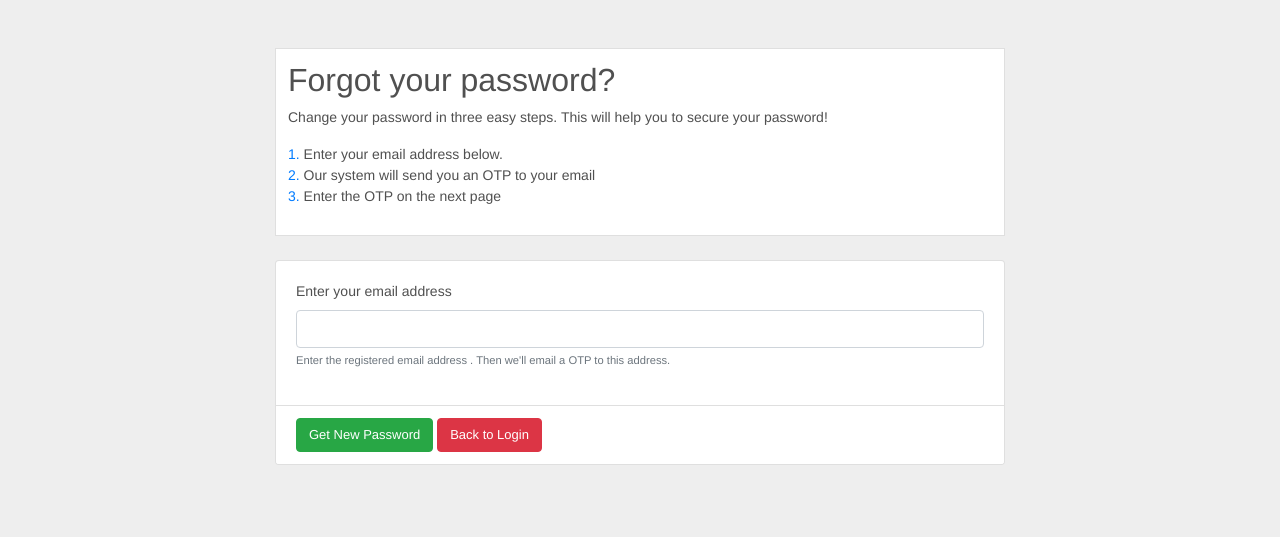
Repository: Hammam0827/maven-jenkins-exercise
Page: http://localhost/devops_project/forgotPassword.jsp
These files come from the project's save history. The page is drawn as it stood at one moment and after the next save; the edit follows.
The browser window is 1280 px wide. The pictures show the whole page.
Some web libraries are served in a nearby version. The page is served by Tomcat 9.

Above is the page before, as saved 2022-12-01 10:20:34.

After the next save:
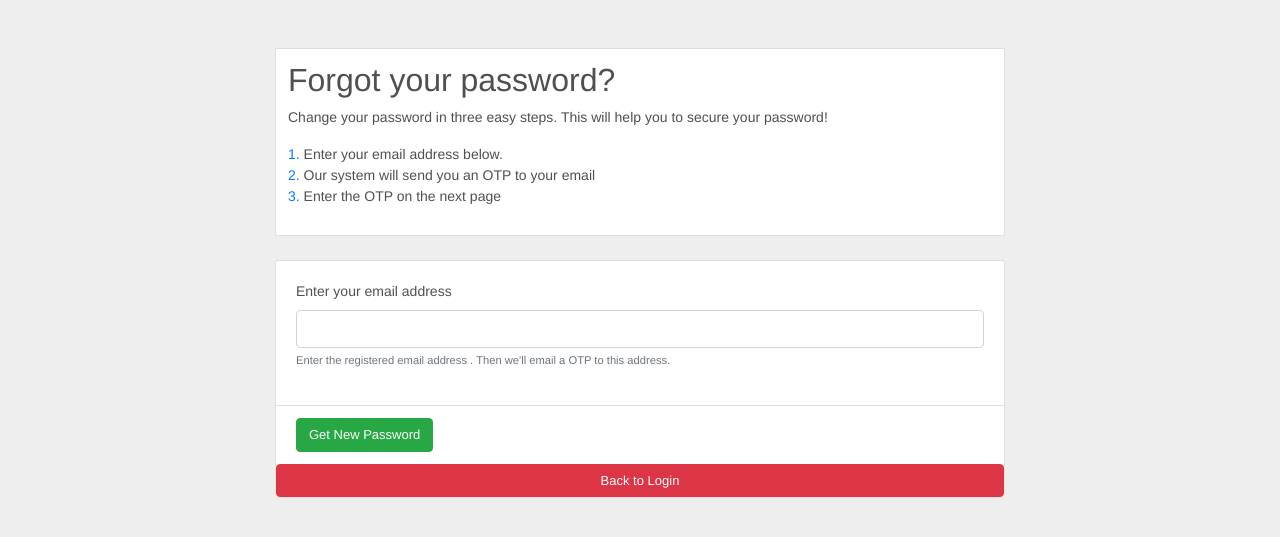
Saved 3 min 0 s later.
--- a/devops_project/src/main/webapp/forgotPassword.jsp
+++ b/devops_project/src/main/webapp/forgotPassword.jsp
@@ -81,9 +81,10 @@ body {
 					<div class="card-footer">
 						<button class="btn btn-success" type="submit">Get New
 							Password</button>
-						<button class="btn btn-danger" type="submit">Back to
+
+					</div>
+					<button class="btn btn-danger" type="submit">Back to
 							Login</button>
-					</div>
 				</form>
 			</div>
 		</div>
